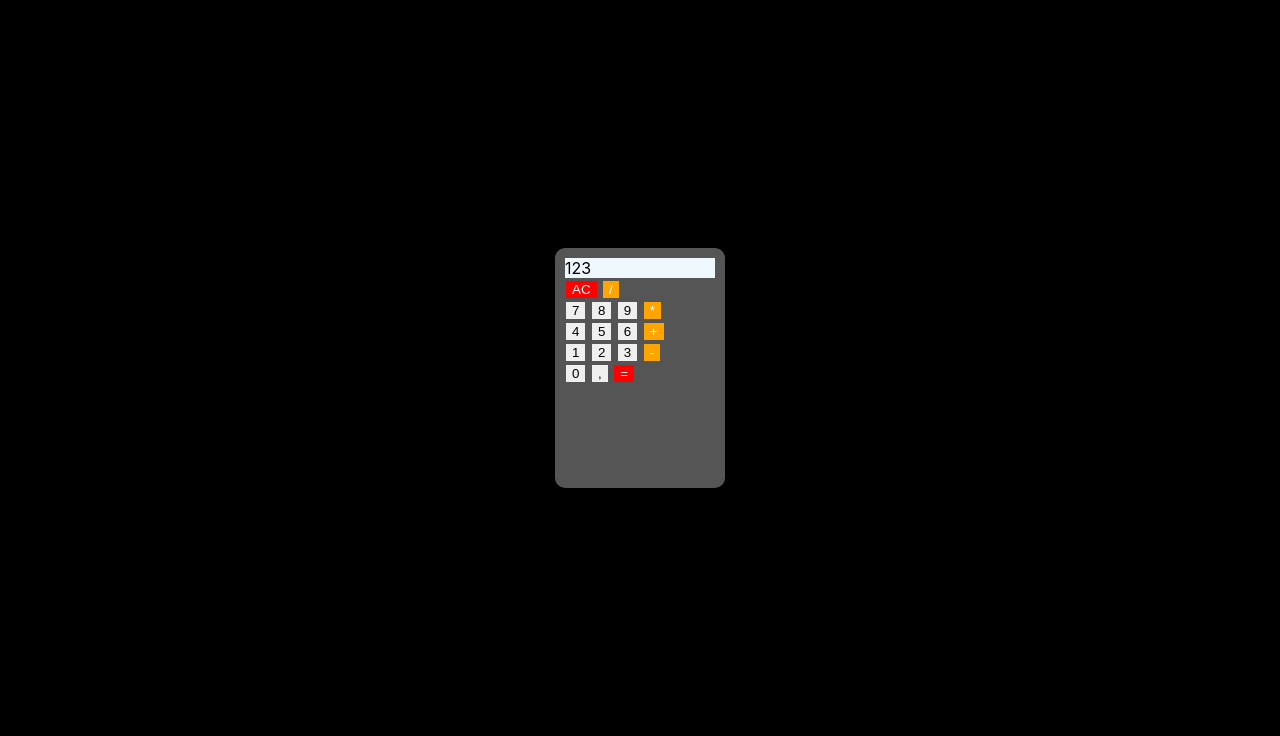
Repository: andersonxoliveira/Aplicacao_Calculadora
Page: /
The author's editor kept a copy of each file at every save. The page is drawn from the files as they stood at one save, then again after the next save.
The browser window is 1280 px wide. The pictures show the whole page.
The project was rebuilt for these pictures with package versions that can differ from the ones it lists, and the page was loaded fresh each time. Also part of the build but not shown: svelte.config.js, vite.config.ts.

Above is the page before, as saved 2022-06-26 18:19:35.

After the next save:
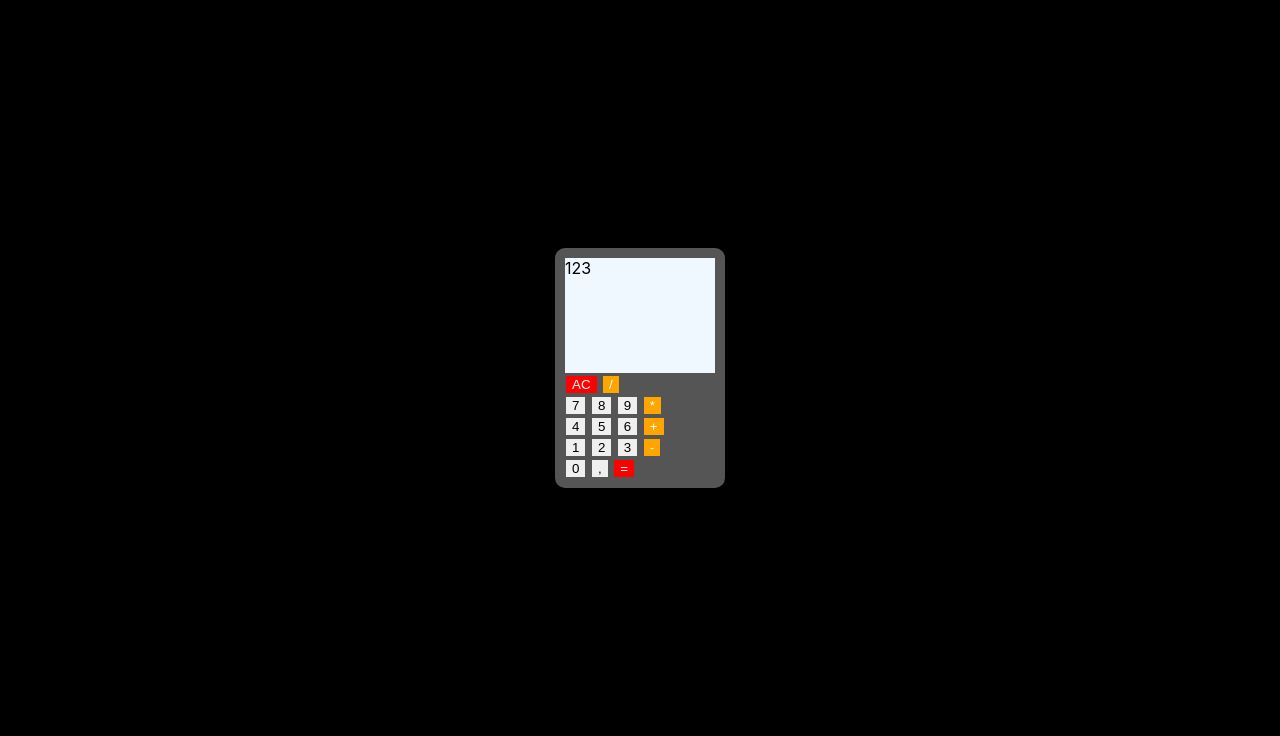
Saved 16 s later.
--- a/src/components/Display.svelte
+++ b/src/components/Display.svelte
@@ -9,6 +9,7 @@
 <style>
   .tela {
     display: flex;
+    flex: 1;
     background-color: aliceblue;
   }
 </style>
